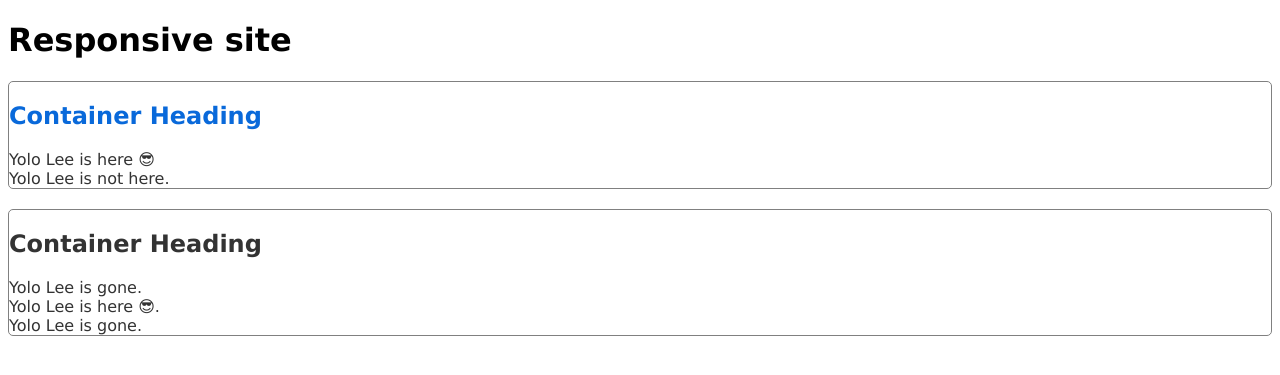
Repository: HyunJunggggg/MDIA2109
Page: inclass/week6/index.html
The author's editor kept a copy of each file at every save. The page is drawn from the files as they stood at one save, then again after a run of saves.
The browser window is 1280 px wide. The pictures show the whole page.

Above is the page before, as saved 2025-02-13 14:35:52.

### inclass/week6/index.html
<!DOCTYPE html>
<html lang="en">
<head>
  <meta charset="UTF-8">
  <meta name="viewport" content="width=device-width, initial-scale=1.0">
  <link rel="stylesheet" href="css/style.css">
  <title>Code with me and responsive site 😉</title>
</head>

<body>
  <h1>Responsive site</h1>

  <section class="container">
    <header class="container__header">
      <h1 class="container__title">Container Heading</h1>
    </header>
    <div class="container__content">
      Yolo Lee is here 😎
    </div>
    <div class="container__content">
      Yolo Lee is not here.
    </div>
  </section>

  <section class="container">
    <h1 class="container__title">Container Heading</h1>
    <div class="container__content">
      Yolo Lee is gone.
    </div>
    <div class="container__content">
      Yolo Lee is here 😎.
    </div>
    <div class="container__content">
      Yolo Lee is gone.
    </div>
  </section>
</body>
</html>

### inclass/week6/css/style.css
html{
  font-family: Verdana, Geneva, Tahoma, sans-serif;
}

.container{
  border: 1px solid grey;
  border-radius: 5px;
  color: #333;
  margin-bottom: 20px;

  &:last-child {
      /* .container + .container
    if container directly next to container
    it will apply. sibling selector
   it can use for .container:last-child */
    margin-top: 20px;
  }
}

.container__header{
  color: #0969da;
  background-color: #;
}

After the next 2 saves:
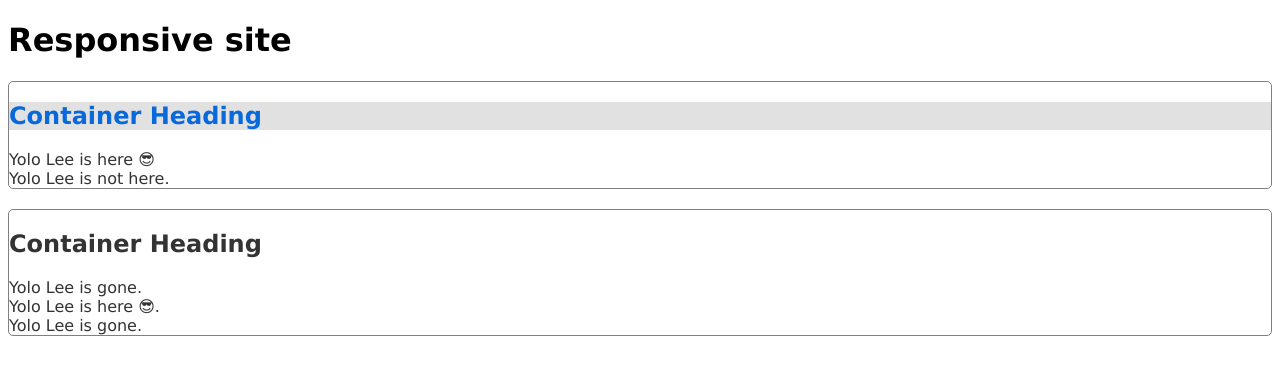
The 2 saves are shown as one change because they came seconds apart.
The last was saved 10 s later.
--- a/inclass/week6/css/style.css
+++ b/inclass/week6/css/style.css
@@ -19,5 +19,5 @@ html{
 
 .container__header{
   color: #0969da;
-  background-color: #;
+  background-color: #2222;
 }
